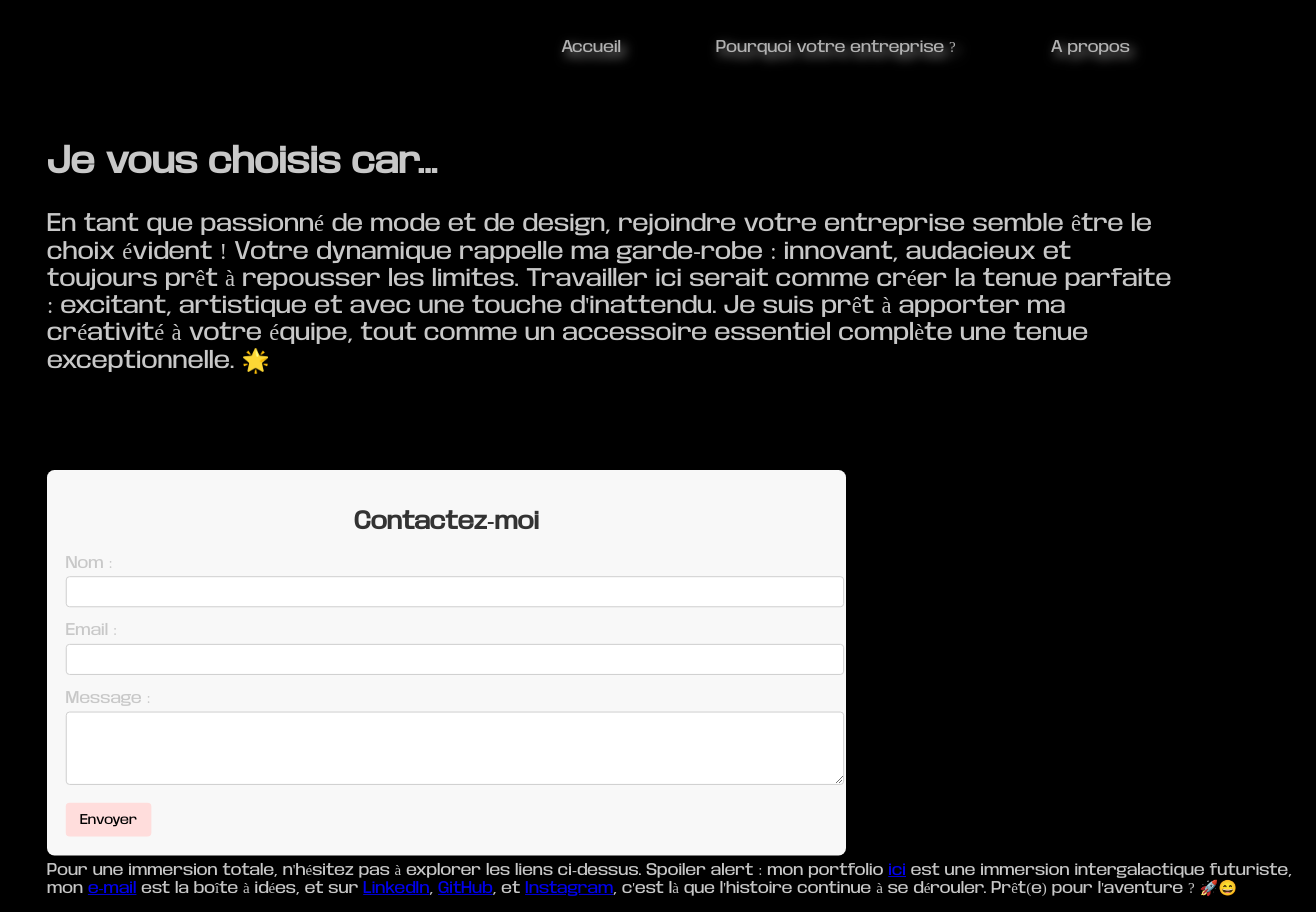
Repository: inessben/application
Page: about/about.html
These files come from the project's save history. The page is drawn as it stood at one moment and after the next save; the edit follows.
The browser window is 1280 px wide. The page is 1400 px wide, so the pictures cover 1400 px, including what lies to the right of the window. The pictures show the whole page, at 94% of full size.

Above is the page before, as saved 2023-12-03 22:18:54.

### about/about.html
<!DOCTYPE html>
<html lang="en">
<head>
    <meta charset="UTF-8">
    <meta name="viewport" content="width=device-width, initial-scale=1.0">
    <!-- generate the icon -->
    <link rel="apple-touch-icon" sizes="180x180" href="/favicon/apple-touch-icon.png">
    <link rel="icon" type="image/png" sizes="32x32" href="/favicon/favicon-32x32.png">
    <link rel="icon" type="image/png" sizes="16x16" href="/favicon/favicon-16x16.png">
    <link rel="manifest" href="/favicon/site.webmanifest">
    <link rel="mask-icon" href="/favicon/safari-pinned-tab.svg" color="#5bbad5">
    <meta name="msapplication-TileColor" content="#da532c">
    <!--  -->
    <meta name="theme-color" content="#ffffff">
    <title>#slowlyApplication</title>
    <link rel="stylesheet" href="about.css">
</head>
<body>
    <section id="nav-header">
        <header class="nav-links">
            <a href="./index.html" class="link">Accueil</a>
            <a href="./company/company.html" class="link">Pourquoi votre entreprise ?</a>
            <a href="../../about/about.html" class="link">A propos</a>
        </header>
    </section>
    <section id="description">
        <h1>Je vous choisis car...</h1>
        <p> En tant que passionné de mode et de design, rejoindre votre entreprise semble être le choix évident ! Votre dynamique rappelle ma garde-robe : innovant, audacieux et toujours prêt à repousser les limites. Travailler ici serait comme créer la tenue parfaite : excitant, artistique et avec une touche d'inattendu. Je suis prêt à apporter ma créativité à votre équipe, tout comme un accessoire essentiel complète une tenue exceptionnelle. 🌟 </p>
    </section>

    <section id="contact-form-container">
        <form id="contact-form">
        <h2>Contactez-moi</h2>

        <label for="name">Nom :</label>
        <input type="text" id="name" name="name" required>

        <label for="email">Email :</label>
        <input type="email" id="email" name="email" required>

        <label for="message">Message :</label>
        <textarea id="message" name="message" rows="4" required></textarea>

        <button type="submit">Envoyer</button>
        </form>
    </section>

    <footer>
        <p>Pour une immersion totale, n'hésitez pas à explorer les liens ci-dessus. Spoiler alert : mon portfolio <a href="https://iness-portfolio.vercel.app/">ici</a> est une immersion intergalactique futuriste, mon <a href="mailto:ine.benss@gmail.com">e-mail</a> est la boîte à idées, et sur <a href="https://www.linkedin.com/in/iness-benaissa/">LinkedIn</a>, <a href="lien-vers-ton-github">GitHub</a>, et <a href="lien-vers-ton-insta">Instagram</a>, c'est là que l'histoire continue à se dérouler. Prêt(e) pour l'aventure ? 🚀😄</p>
    </footer>

</body>
</html>

### about/about.css

@font-face {
    font-family: "Jolley";
    src: url("/fonts/jolley.woff");
    }

@font-face {
    font-family: "Base Neue";
    src: url("/fonts/base-neue.ttf");
    }

html {
    scroll-behavior: smooth;
    }

body {
    margin: 0;
    font-family: "Base Neue";
    background-color: #000000;
    color: #c8c8c8;
    padding: 0;
    }

#nav-header {
    position: absolute;
    top: 30px;
    right: 20px;
    font-size: 16px;
    font-weight: 500;
    padding: 10px;
    }

.link {
    filter: drop-shadow(4px 5px 6px #b2b1b1);
    padding: 8px;
    text-decoration: none;
    color: #b3b3b3;
    margin: auto 40px;
    }

.link:hover {
    opacity: 0.7;
    }

#description{
    position: relative;
    top: 100px;
    font-size: 24px;
    margin: 50px;
    width: 1200px;
    color: #c8c8c8;
    }

#contact-form-container {
    position: absolute;
    margin: 50px;
    top: 450px;
    width: 850px;
    }

#contact-form {
    position: absolute;
    background-color: #f8f8f8;
    padding: 20px;
    border-radius: 8px;
    box-shadow: 0 4px 8px rgba(0, 0, 0, 0.1);
    transition: transform 0.3s ease-in-out;
    }

#contact-form h2 {
    text-align: center;
    color: #333;
    }

#contact-form label {
    margin-top: 10px;
    }

#contact-form input,
#contact-form textarea {
    width: 100%;
    padding: 8px;
    margin-top: 5px;
    margin-bottom: 15px;
    border: 1px solid #ccc;
    border-radius: 4px;
    }

#contact-form button {
    background-color: #FFDDDC;
    font-family: "Base Neue";
    color: black;
    align-items: center;
    border: none;
    padding: 10px 15px;
    border-radius: 4px;
    cursor: pointer;
    transition: background-color 0.3s ease-in-out;
    }

#contact-form button:hover {
    background-color: #45a049;
    }

#contact-form-container:hover #contact-form {
    transform: rotate(5deg);
    }

footer
{
    position: absolute;
    display: flex;
    font-size: 16px;
    align-items: center;
    justify-content: center;
    bottom: -300px;
    width: 1350px;
    margin: 50px;
}

After the next save:
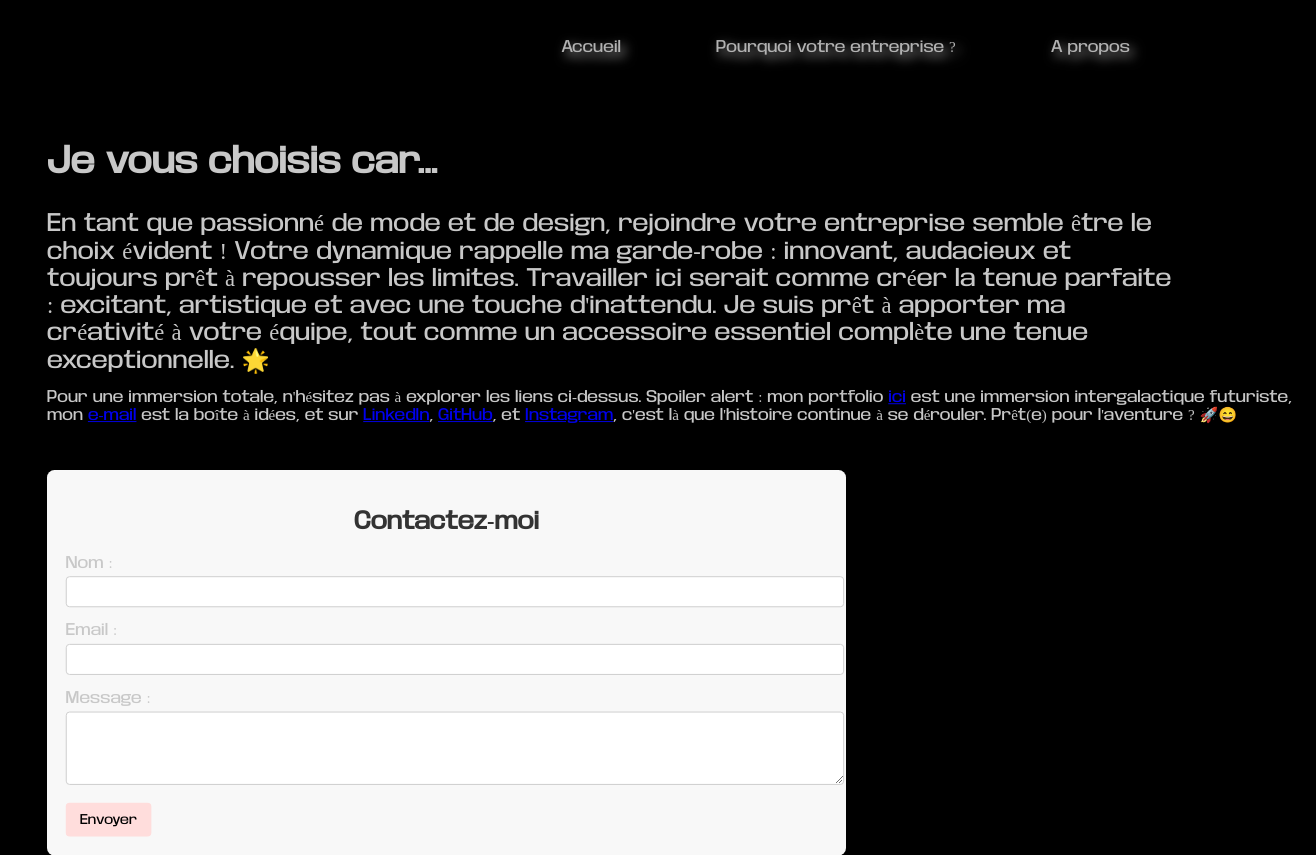
Saved 9 min 35 s later.
--- a/about/about.css
+++ b/about/about.css
@@ -109,11 +109,8 @@ body {
 footer
 {
     position: absolute;
-    display: flex;
     font-size: 16px;
-    align-items: center;
-    justify-content: center;
-    bottom: -300px;
+    /* bottom: -300px; */
     width: 1350px;
     margin: 50px;
 }
